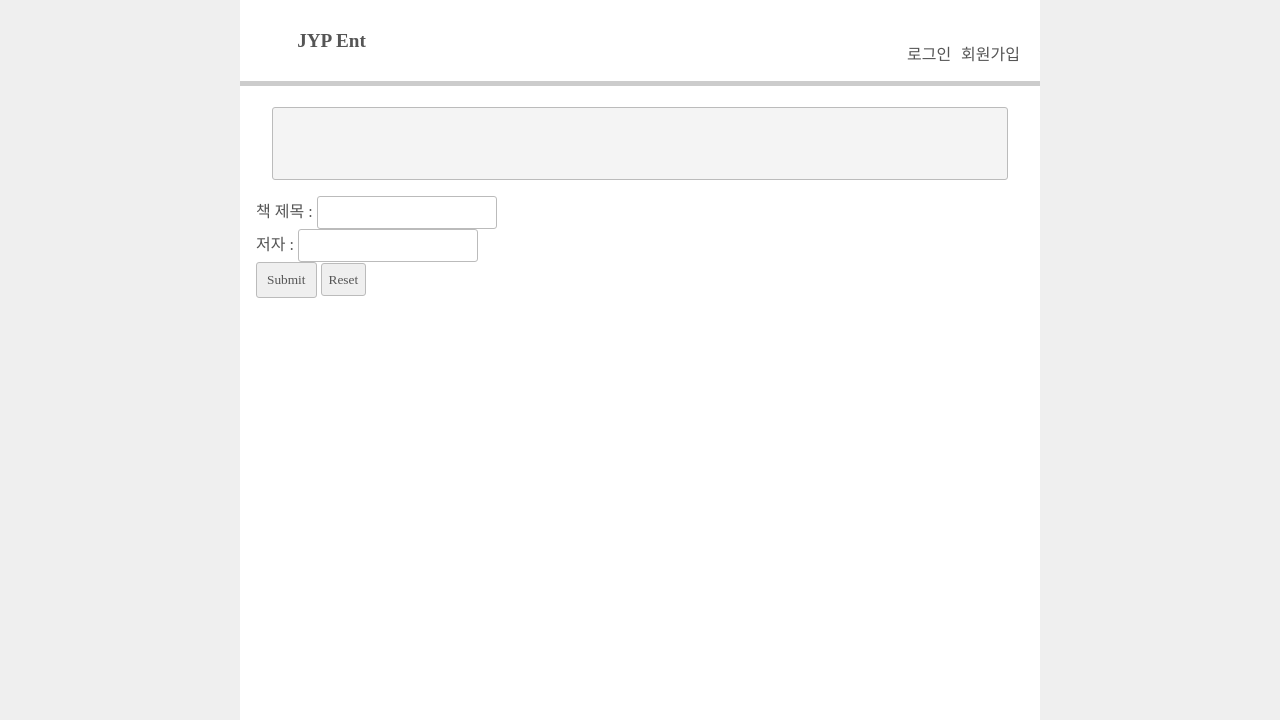
Repository: junyong231/JSP-SSIT
Page: http://localhost/jspPro/days01/ex02.jsp
An editor plug-in stored every save of this project. The page is shown before and after the next save, followed by the edit.
The browser window is 1280 px wide. The pictures show the whole page.
Some web fonts or font styles are not loaded; a fallback is used. The page is served by Tomcat 9. Nobody is signed in. The application's start-up code is not run. Other server files are loaded and not shown.

Above is the page before, as saved 2024-10-15 03:32:25.

### jspPro/src/main/webapp/days01/ex02.jsp
<%@ page contentType="text/html; charset=UTF-8" pageEncoding="UTF-8"%>
<!DOCTYPE html>
<html>
<head>
<meta charset="UTF-8">
<title>Insert title here</title>
<link rel="shortcut icon" type="image/x-icon" href="http://localhost/jspPro/images/SiSt.ico">
<script src="https://ajax.googleapis.com/ajax/libs/jquery/3.7.1/jquery.min.js"></script>
<meta name="viewport" content="width=device-width, initial-scale=1.0">
<meta name="google" content="notranslate">
<link rel="stylesheet" href="http://localhost/jspPro/resources/cdn-main/example.css">
<script src="http://localhost/jspPro/resources/cdn-main/example.js"></script>
<style>
 span.material-symbols-outlined{
    vertical-align: text-bottom;
 }
</style>
</head>
<body>
<header>
  <h1 class="main"><a href="#" style="position: absolute;top:30px;">JYP Ent</a></h1>
  <ul>
    <li><a href="#">로그인</a></li>
    <li><a href="#">회원가입</a></li>
  </ul>
</header>
<div>
  <xmp class="code">

  </xmp>

  <form action="ex02_ok.jsp">
  책 제목 : <input type="text" id="title" name="title" autofocus> <br>
  저자 : <input type="text" id="author" name="author"> <br> <!-- name 있어야됨 -->
  <!-- <button type="button">submit</button> -->
  <input type="submit">
  <input type="reset">
  </form>

</div>
<script>

</script>
</body>
</html>

### jspPro/src/main/webapp/resources/cdn-main/example.css
@charset "UTF-8";

@import url('https://fonts.googleapis.com/css2?family=Material+Symbols+Outlined:opsz,wght,FILL,GRAD@20..48,100..700,0..1,-50..200');

@font-face {
    font-family: 'GmarketSansMedium';
    src: url('https://cdn.jsdelivr.net/gh/projectnoonnu/noonfonts_2001@1.1/GmarketSansMedium.woff') format('woff');
    font-weight: normal;
    font-style: normal;
}

:root {
	--text-color: #555;
	--sub-text-color: #777;
	--back-color: #EFEFEF;
	--header-color: #444;
	--primary-color: #DEDEDE;
	--secondary-color: #EFEFEF;
	--default-width: 800px;
	--narrow-width: 500px;
	--wide-width: 1200px;
	--text-font: 'GmarketSansMedium';
	--icon-font: 'Material Symbols Outlined';
	--border-color: #CCC;
}

html, body {
	margin: 0;
	padding: 0;
}

html {
	background-color: var(--back-color);
	display: flex;
	justify-content: center;
	min-height: 100vh;
}

body, body.default {
	width: var(--default-width);
	background-color: white;
	padding-bottom: 120px;
}

body.wide {
	width: var(--wide-width);
}

body.narrow {
	width: var(--narrow-width);
}



body, p, div, span, a, input, select, option, textarea, button, table, th, td, label, fieldset, legend {
	font-family: var(--text-font);
	color: var(--text-color);
}

h1, h2, h3 {
	font-family: var(--text-font);
	color: var(--header-color);
	padding: 0 1rem;
	padding-top: .5rem;
}

div > h1, div > h2, div > h3 {
	padding: 0;
}

body > div, body > main > div {
	padding: 0.3rem 1rem;
}


h1 { font-size: 2rem; border-bottom: 1px solid var(--border-color); }
h1 small { font-size: 1.2rem; color: var(--sub-text-color); }
h2 { font-size: 1.5rem; border-bottom: 1px dashed var(--border-color); }
h2 small { font-size: 1.1rem; color: --sub-text-color; }
h3 { font-size: 1.2rem; }
h3 small { font-size: 1rem; color: --sub-text-color; }



h1.main::before {
	font-family: var(--icon-font);
  	content: '\e666';
  	margin-right: 10px;
  	float: left;
	font-size: 2.5rem;
}

h1.sub::before {
	font-family: var(--icon-font);
  	content: '\ea19';
  	margin-right: 10px;
  	float: left;
	font-size: 2.5rem;
}


h1.page::before {
	font-family: var(--icon-font);
  	content: '\e0e0';
  	margin-right: 10px;
  	float: left;
	font-size: 2.5rem;
}

body > header > ul > li > .active{
	background-color: #FFF;
	color:#F00;
}

body > header {
	display: flex;
	justify-content: space-between;
	border-bottom: 5px solid var(--border-color);
	min-height: 74px;
	background-color: #FFF;
}

body > header.sticky {
	position: sticky;
	top: 0;
	z-index: 98;
}

body > header > h1 {
	font-size: 1.2rem;
	border: 0;
}

body > header.in > h1::before {
	font-family: var(--icon-font);
  	content: '\e332‥';
  	margin-right: 3px;
  	float: left;
	font-size: 2rem;
}


body > header > ul {
	list-style-type: none;
	display: flex;
	align-items: flex-end;
	margin-right: 10px;
}

body > header > ul > li {
	margin-right: 10px;
	cursor: pointer;
}

body > header > ul > li > a {
	cursor: pointer;
}


form {
	display: block;
}

form > div {
	padding: 0.3rem 1rem;
}

div > form > div {
	padding: 0.3rem 0;
}

input, textarea, button, select {
	border: 1px solid #BBB;
	border-radius: 3px;
	outline: none;
	resize: none;
	padding: 7px;
	margin: 0;
}

input[type=text]:read-only, textarea:read-only {
	cursor: not-allowed;
	background-color: #FFF;
}

input[type=text]:disabled, textarea:disabled {
	cursor: not-allowed;
	background-color: #EEE;
}

input[type=text], input[type=password], textarea, button, select {
	/* width: 300px; */
}

textarea {
	display: block;
	height: 100px;
}

input[type=button], input[type=submit], button {
	/* width: inherit; */
}

input.short, textarea.short, button.short, select.short {
	width: 100px;
}

input.long, textarea.long, button.long, select.long {
	width: 350px;
}

.narrow input.long, .narrow textarea.long, .narrow button.long, .narrow select.long {
	width: calc(100% - 20px);
}

input.full, textarea.full, button.full, select.full {
	width: calc(100% - 20px);
}

textarea.short {
	height: 50px;
}

textarea.long {
	height: 100px;
}

textarea.full {
	height: 200px;
}

input, textarea {
	padding-top: 8px;
}

input[type=button], input[type=submit], button {
	padding: 5px 10px;
	background-color: var(--secondary-color);
	cursor: pointer;
	min-height: 36px;
}

input[type=button].primary, input[type=submit].primary, button.primary {
	/* background-color: rgba(100, 149, 237, .2); */
	background-color: var(--primary-color);
}

input[type=button].primary:hover, input[type=submit].primary:hover, button.primary:hover {
	/* background-color: rgba(100, 149, 237, .3); */
	background-color: var(--secondary-color);
}

input[type=button]:hover, input[type=submit]:hover, button:hover {
	background-color: var(--primary-color);
}

button {
	position: relative;
	left: 0;
	top: 0;
	padding-left: 35px;
}

button .material-symbols-outlined {
	position: absolute;
	left: 10px;
	top: 4px;
}

/* k2nik add */
button.login::before {
	font-family: var(--icon-font);
  	content: '\ea77';
	position: absolute;
	left: 11px;
	top: 4px;
	font-size: 1.25rem;
}

/* k2nik logout */
button.logout::before {
	font-family: var(--icon-font);
  	content: '\e9ba';
	position: absolute;
	left: 11px;
	top: 4px;
	font-size: 1.25rem;
}

/* k2nik help */
button.help::before {
	font-family: var(--icon-font);
  	content: '\f1c0';
	position: absolute;
	left: 11px;
	top: 4px;
	font-size: 1.25rem;
}

button.add::before{
	font-family: var(--icon-font);
  	content: '\e746';
	position: absolute;
	left: 11px;
	top: 4px;
	font-size: 1.25rem;
}

button.back::before {
	font-family: var(--icon-font);
  	content: '\e166';
	position: absolute;
	left: 11px;
	top: 4px;
	font-size: 1.25rem;
}

button.list::before {
	font-family: var(--icon-font);
  	content: '\e0ee';
	position: absolute;
	left: 11px;
	top: 4px;
	font-size: 1.25rem;
}


button.del::before {
	font-family: var(--icon-font);
  	content: '\e872';
	position: absolute;
	left: 11px;
	top: 4px;
	font-size: 1.25rem;
}


button.edit::before {
	font-family: var(--icon-font);
  	content: '\e745';
	position: absolute;
	left: 11px;
	top: 4px;
	font-size: 1.25rem;
}


button.login::before {
	font-family: var(--icon-font);
  	content: '\ea77';
	position: absolute;
	left: 11px;
	top: 4px;
	font-size: 1.25rem;
}


button.logout::before {
	font-family: var(--icon-font);
  	content: '\e9ba';
	position: absolute;
	left: 11px;
	top: 4px;
	font-size: 1.25rem;
}


button.in::before {
	font-family: var(--icon-font);
  	content: '\f71a';
	position: absolute;
	left: 11px;
	top: 4px;
	font-size: 1.25rem;
}


button.out::before {
	font-family: var(--icon-font);
  	content: '\f70e';
	position: absolute;
	left: 11px;
	top: 4px;
	font-size: 1.25rem;
}


button.reply::before {
	font-family: var(--icon-font);
  	content: '\e15e';
	position: absolute;
	left: 11px;
	top: 4px;
	font-size: 1.25rem;
}


button.comment::before {
	font-family: var(--icon-font);
  	content: '\e0b9';
	position: absolute;
	left: 11px;
	top: 4px;
	font-size: 1.25rem;
}


button.modal::before {
	font-family: var(--icon-font);
  	content: '\e89e';
	position: absolute;
	left: 11px;
	top: 4px;
	font-size: 1.25rem;
}


button.ok::before {
	font-family: var(--icon-font);
  	content: '\e86c';
	position: absolute;
	left: 11px;
	top: 4px;
	font-size: 1.25rem;
}


button.cancel::before {
	font-family: var(--icon-font);
  	content: '\e5c9';
	position: absolute;
	left: 11px;
	top: 4px;
	font-size: 1.25rem;
}

button.search::before {
	font-family: var(--icon-font);
  	content: '\e8b6';
	position: absolute;
	left: 11px;
	top: 4px;
	font-size: 1.25rem;
}

button.home::before {
	font-family: var(--icon-font);
  	content: '\e88a';
	position: absolute;
	left: 11px;
	top: 4px;
	font-size: 1.25rem;
}


button.sidebar::before {
	font-family: var(--icon-font);
  	content: '\f7e4';
	position: absolute;
	left: 11px;
	top: 4px;
	font-size: 1.25rem;
}


button.sidebar-right::before {
	font-family: var(--icon-font);
  	content: '\f7e5';
	position: absolute;
	left: 11px;
	top: 4px;
	font-size: 1.25rem;
}




button::before {
	font-family: var(--icon-font);
  	content: '\e323';
	position: absolute;
	left: 11px;
	top: 4px;
	font-size: 1.25rem;
}


table {
	border-collapse: collapse;
	margin: 1rem;
	box-sizing: border-box;
	width: calc(100% - 32px);
}

table.content {
	width: auto;
}

div > table {
	margin: 0;
}

table th, table td {
	border: 1px solid var(--border-color);
	padding: 7px;
	font-weight: normal;
}

table th {
	background-color: var(--back-color);
}

table.vertical th {
	width: 150px;
}

table.vertical td {
	width: calc(100% - 182px);
	padding-left: 10px;
}

table.content td, table.content th {
	width: auto;
}

body.narrow table.vertical th {
	width: 100px;
}

body.narrow table.vertical td {
	width: calc(100% - 182px);
}


table + table {
	margin-top: 30px;
}


p {
	padding: 0 1rem;
}

a {
	text-decoration: none;
}

a:hover {
	color: rgba(255, 99, 71, .7);
}

hr {
	border: 0;
	border-top: 1px solid var(--border-color);
	margin: 2rem 0;
}

.message {
	border: 1px solid var(--border-color);
	background-color: #EFEFEF;
	margin: 1rem;
	width: auto;
	padding-top: 10px;
	padding-bottom: 10px;
	font-size: 14px;
}

.message[title]::before {
	content: attr(title);
	display: block;
	border-bottom: 1px solid var(--border-color);
	padding-bottom: 5px;
	margin-bottom: 10px;
	margin-top: 7px;
}

.message.short {
	max-width: 250px;
}

.message.long {
	max-width: 500px;
}

.badge {
	float: right;
	font-size: .8rem;
	margin-top: 2px;
	margin-right: 2px;
	text-shadow: 0 0 7px gray;
}

.badge.left {
	float: none;
	margin-left: 2px;
}

.badge.right {
	float: right;
}

.badge.red {
	border-radius: 50%;
	padding: 2px 5px;
	background-color: rgb(255, 99, 71, .3);
}

.badge.yellow {

	border-radius: 50%;
	padding: 2px 5px;
	background-color: rgb(255, 215, 0, .5);
}

.badge.blue {
	border-radius: 50%;
	padding: 2px 5px;
	background-color: rgb(100, 149, 237, .3);
}

label + label {
	margin-left: 7px;
}

label input[type=checkbox], label input[type=radio] {
	transform: translate(0, 1px);
}

.group {
	display: flex;
}

.modal-content .group {
	margin-bottom: .5rem;
}

.group label {
	border: 1px solid #BBB;
	border-radius: 3px;
	outline: none;
	resize: none;
	padding: 7px 14px;
	margin: 0;
	border-top-right-radius: 0;
	border-bottom-right-radius: 0;
	background-color: #EFEFEF;
	white-space: nowrap;
	font-size: 14px;
}

.group input[type=text] {
	margin-left: -1px;
	border-top-left-radius: 0;
	border-bottom-left-radius: 0;
}

.group select {
	margin-left: -1px;
	border-top-left-radius: 0;
	border-bottom-left-radius: 0;
}

.group input.full[type=text] {
	margin-left: -1px;
	border-top-left-radius: 0;
	border-bottom-left-radius: 0;
	width: 100%;
}

.group input[type=button]:first-child, .group button:first-child {
	border-top-left-radius: 3px;
	border-bottom-left-radius: 3px;
	margin-left: 0px;
}

.group input[type=button], .group button {
	border-radius: 0;
	margin-left: -1px;
}

.group input[type=button]:last-child, .group button:last-child {
	margin-left: -1px;
	border-top-right-radius: 3px;
	border-bottom-right-radius: 3px;
}

.seperate {
	display: flex;
	justify-content: space-between;
}

div.list {
	width: max-content;
	margin: 1rem;
	border: 1px solid #BBB;
	border-radius: 3px;
	padding: 0;
}

div.list.full {
	width: auto;
	display: block;
	margin: 1rem;
	border: 1px solid #BBB;
	border-radius: 3px;
	padding: 0;
}

div.list > div {
	padding: .5rem 1rem;
	margin: 0;
	border-bottom: 1px solid #BBB;
}

div.list > div:last-child {
	border-bottom: 0;
}

pre.code , xmp.code{
	font-family: consols;
	background-color: rgba(150, 150, 150, .1);
	border: 1px solid #BBB;
	border-radius: 3px;
	padding: .5rem 1rem;
	padding-bottom: .6rem;
	margin: 1rem;
}




*[data-modal-window] {
	position: fixed;
	background-color: rgba(0, 0, 0, .3);
	left: 0;
	top: 0;
	display: none;
	justify-content: center;
	align-items: flex-start;
	width: 100%;
	min-height: 100vh;
	z-index: 100;
	opacity: 0;
	transition: 500ms all;
}

*[data-modal-window] .modal-container {
	border-radius: 5px;
	padding: 1rem;
	padding-bottom: .5rem;
	margin-top: -500px;
	opacity: 0;
	width: 500px;
	background-color: #FFF;
	margin-right: 2rem;
	transition: 500ms all;
}

*[data-modal-size=content] .modal-container {
	width: auto;
}

*[data-modal-size=narrow] .modal-container {
	width: 300px;
}

*[data-modal-size=wide] .modal-container {
	width: 760px;
}


*[data-modal-window] .modal-header {
	border-bottom: 1px solid var(--border-color);
	padding: 2px 5px;
}

*[data-modal-window] .modal-content {
	padding: 1rem 5px;
}

*[data-modal-window] .modal-content div:last-child {
	margin-top: 1rem;
	text-align: right;
}



*[data-sidebar-window] {
	position: fixed;
	background-color: #FFF;
	left: 0;
	top: 0;
	display: block;
	width: 300px;
	border-right: 1px solid var(--border-color);
	box-sizing: border-box;
	box-shadow: 0 0 3px var(--back-color);
	min-height: 100vh;
	z-index: 99;
	transform: translate(-300px, 0);
	transition-duration: 500ms;
	transition-property: transform;
}

*[data-sidebar-direction=right] {
	left: auto;
	right: 0;
	transform: translate(300px, 0);
	border-left: 1px solid var(--border-color);
}

*[data-sidebar-size=wide] {
	width: 500px;
	transform: translate(-500px, 0);
}

*[data-sidebar-window] .sidebar-title {
	border-bottom: 1px solid var(--border-color);
	margin-top: 20px;
	margin-bottom: 20px;
	padding-bottom: 5px;
	display: flex;
	justify-content: space-between;
}

*[data-sidebar-window] .sidebar-title span:last-child {
	cursor: pointer;
}


/* K2Nik pagination */
.center {
  text-align: center;
}

.pagination {
  display: inline-block;
}

.pagination a {
  color: black;
  float: left;
  padding: 3px 6px;
  text-decoration: none;
  transition: background-color .3s;
  border: 1px solid #ddd;
  margin: 0 3px;
}

.pagination a.active {
  background-color: #4CAF50;
  color: white;
  border: 1px solid #4CAF50;
}

.pagination a:hover:not(.active) {background-color: #ddd;}

### jspPro/src/main/webapp/resources/cdn-main/example.js

window.onload = () => {

    const list = document.querySelectorAll('input, textarea');

    list.forEach(item => {
        item.setAttribute('autocomplete', 'off');
    });


    const modal_btn_list = document.querySelectorAll('*[data-modal-button]');

    modal_btn_list.forEach(item => {
        item.onclick = function() {

            const name = this.dataset['modalButton'];
            const modal_window = document.querySelector('*[data-modal-window=' + name);

            const container = document.createElement('div');
            container.className = 'modal-container';



            const modal_header = document.createElement('div');
            modal_header.textContent = modal_window.dataset['modalTitle'];
            modal_header.className = 'modal-header';
            container.appendChild(modal_header);

            const modal_content = document.createElement('div');
            modal_content.className = 'modal-content';
            container.appendChild(modal_content);

            Array.from(modal_window.childNodes).forEach(item => {
                modal_content.appendChild(item);
            });

            modal_window.appendChild(container);

            modal_window.style.display = 'flex';

            setTimeout(() => {
                modal_window.style.opacity = 1;
                container.style.marginTop = '20px';
                container.style.opacity = 1;
            }, 50);


            const modal_ok = document.querySelector('*[data-modal-ok=' + name);
            modal_ok.addEventListener('click', function() {
                modal_window.style.opacity = 0;
                container.style.marginTop = '-500px';
                container.style.opacity = 0;

                setTimeout(() => {
                    modal_window.innerHTML = modal_content.innerHTML;
                    modal_window.style.display = 'none';
                }, 500);

            });

            const modal_cancel = document.querySelector('*[data-modal-cancel=' + name);
            modal_cancel.addEventListener('click', function() {

                modal_window.style.opacity = 0;
                container.style.marginTop = '-500px';
                container.style.opacity = 0;

                setTimeout(() => {
                    modal_window.innerHTML = modal_content.innerHTML;
                    modal_window.style.display = 'none';
                }, 500);
            });


        };
    });


    const sidebar_btn_list = document.querySelectorAll('*[data-sidebar-button]');

    sidebar_btn_list.forEach(item => {
        item.onclick = function() {



            const name = this.dataset['sidebarButton'];
            const sidebar_window = document.querySelector('*[data-sidebar-window=' + name);

            if (sidebar_window.style.transform == 'translate(0px, 0px)') return;



            sidebar_window.style.transform = 'translate(0, 0)';

            const sidebar_title = document.createElement('div');
            sidebar_title.className = 'sidebar-title';
            sidebar_title.innerHTML = '<span>' + sidebar_window.dataset['sidebarTitle'] + '</span><span class="material-symbols-outlined">close</span>';

            sidebar_title.children[1].onclick = function() {

                let sign = 1;
                let distance = 300;

                if (sidebar_window.dataset['sidebarDirection'] != 'right') {
                    sign = -1;
                } else {
                    sign = 1;
                }

                if (sidebar_window.dataset['sidebarSize'] != 'wide') {
                    distance = 300;
                } else {
                    distance = 500;
                }

                distance *= sign;

                sidebar_window.style.transform = 'translate(' + distance + 'px, 0)';

                setTimeout(function() {
                    sidebar_window.removeChild(sidebar_window.children[0]);
                }, 500);
            };


            sidebar_window.prepend(sidebar_title);

        }
    });

};

// window.onkeydown = function(event) {

//     if (event.keyCode == 27) {
//         if (document.querySelector('[data-modal-window').style.display == 'flex') {
//             document.querySelector('[data-modal-window').style.display = 'none';
//         }
//     }

// };

After the next save:
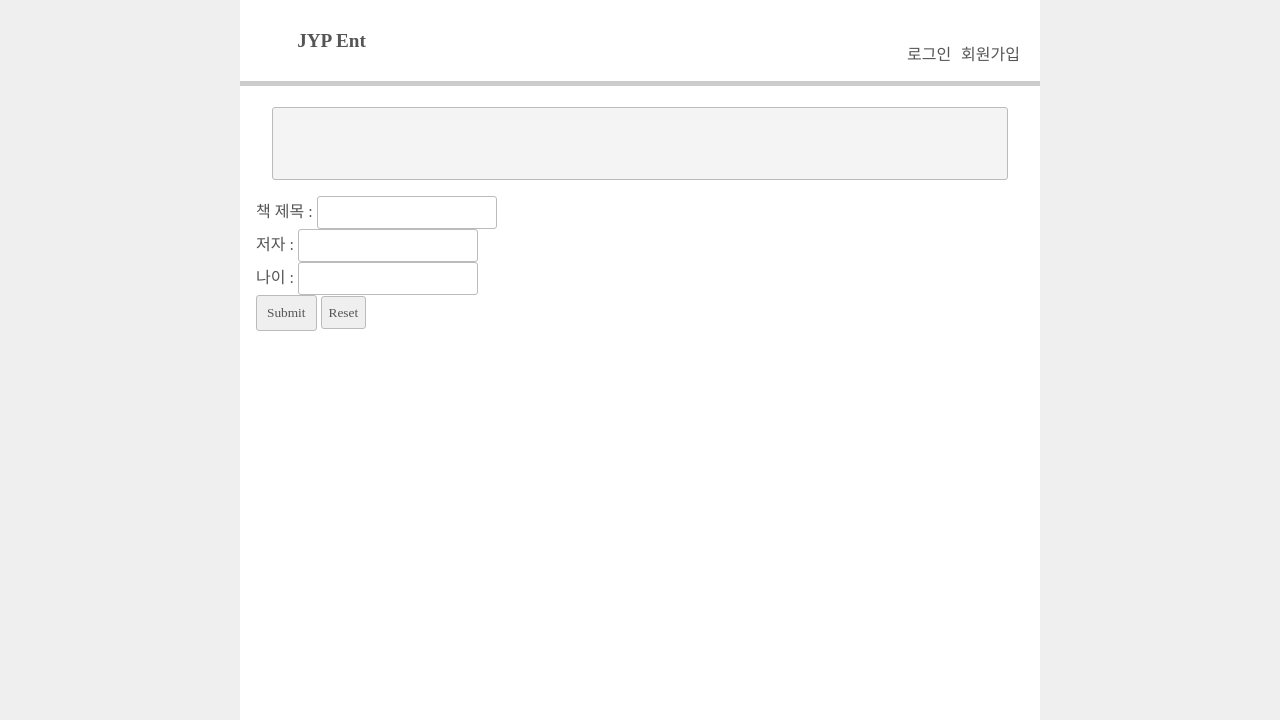
Saved 51 s later.
--- a/jspPro/src/main/webapp/days01/ex02.jsp
+++ b/jspPro/src/main/webapp/days01/ex02.jsp
@@ -33,8 +33,10 @@
   책 제목 : <input type="text" id="title" name="title" autofocus> <br>
   저자 : <input type="text" id="author" name="author"> <br> <!-- name 있어야됨 -->
   <!-- <button type="button">submit</button> -->
+  나이 : <input type="text" id="author" name="author"> <br>
   <input type="submit">
   <input type="reset">
+
   </form>
 
 </div>
